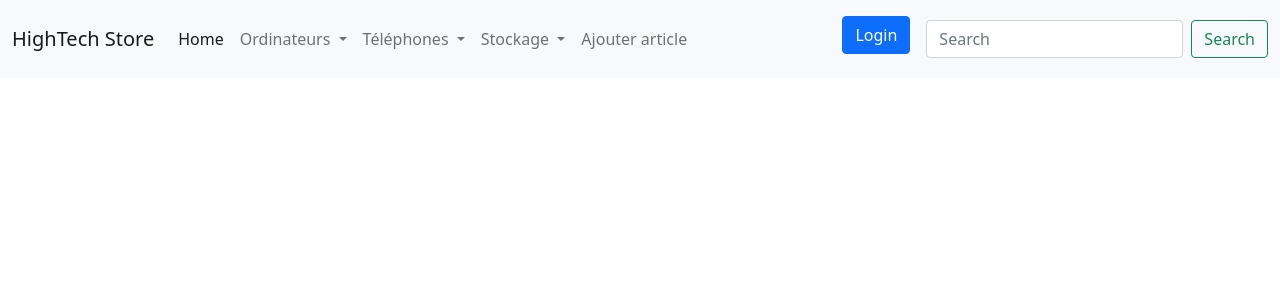
Repository: HaPhuong-krys/M1-angular
Page: /PcPortable
These files come from the project's save history. The page is drawn as it stood at one moment and after the next save; the edit follows.
The browser window is 1280 px wide. The pictures show the whole page.
The page's requests for data from a server got no answer. The project was rebuilt for these pictures with package versions that can differ from the ones it lists, and the page was loaded fresh each time. No one was signed in, and anything a server would have sent is missing. Also part of the build but not shown: angular.json, src/app/connexion/connexion.component.ts, src/app/home/home.component.ts, src/app/pc-bureau/pc-bureau.component.ts, src/app/ajouter-article-form/ajouter-article-form.component.ts, src/app/Model/Articles.ts, src/app/accessoire-ordi/accessoire-ordi.component.ts, src/app/smart-phone/smart-phone.component.ts and 10 more.

Above is the page before, as saved 2023-04-23 16:24:01.

After the next save:
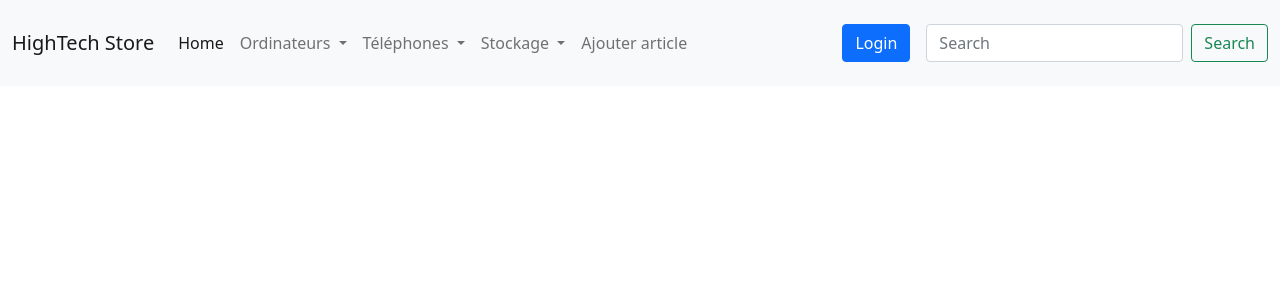
Saved 9 s later.
--- a/src/app/navbar/navbar.component.html
+++ b/src/app/navbar/navbar.component.html
@@ -66,7 +66,7 @@
           <ul *ngIf="isLoggedIn$ | async">
             <a class="btn btn-danger mx-3" (click)="logout()" routerLink="/Home">Logout</a>
           </ul>
-          <ul class="mt-2" *ngIf="!(isLoggedIn$ | async)">
+          <ul class="mt-3" *ngIf="!(isLoggedIn$ | async)">
             <a routerLink="/Connexion" class="btn btn-primary mx-3" role="button">Login</a>
           </ul>
         </div>
